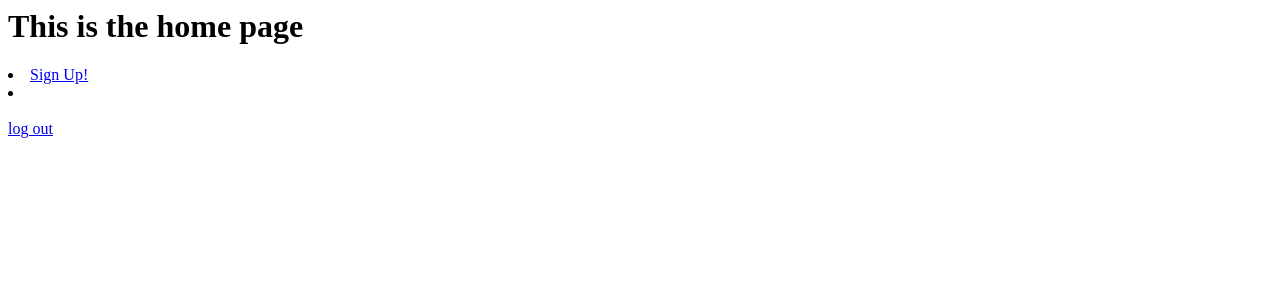
Repository: liamzeng24/YelpCamp
Page: http://localhost/
The author's editor kept a record of every edit. The page is drawn from the files as they stood at one moment, then again after the next edit.
The browser window is 1280 px wide. The pictures show the whole page.
The page is served by the project's Node server (auth/app.js). Other server files are loaded and not shown.

Above is the page before.

### auth/views/home.ejs
<h1>This is the home page</h1>
<li>
    <a href="/register">Sign Up!</a>
</li>
<li>

</li>

    <br>
    <a href="/logout">log out</a>
</li>

### auth/app.js
var express                 = require("express"),
    app                     = express(),
    AWS                     = require('aws-sdk'),
    DocumentClient          = new AWS.DynamoDB.DocumentClient(),
    passport                = require("passport"),
    bodyParser              = require("body-parser"),
    LocalStrategy           = require("passport-local"),
    mongoose                = require("mongoose"),
    User                    = require("./models/user");

const uri = "mongodb+srv://Camps:Camps.Password@cluster0.hxvjy.mongodb.net/auth?retryWrites=true&w=majority";

const connectDB = async () =>{
    await mongoose.connect(uri, {useNewUrlParser: true, useUnifiedTopology: true});
    console.log('connected')
};

AWS.config.getCredentials(function(err) {
  if (err) console.log(err.stack);
  // credentials not loaded
  else {
    console.log("Access key:", AWS.config.credentials.accessKeyId);
  }
});

connectDB();
app.use(bodyParser.urlencoded({extended: true}));
app.set('view engine', "ejs");
app.use(require("express-session")({
    secret: "Vanessa is the best wife in the world",
    resave: false,
    saveUninitialized: false
}));
app.use(passport.initialize());
app.use(passport.session());
passport.use(new LocalStrategy(User.authenticate()));
passport.serializeUser(User.serializeUser());
passport.deserializeUser(User.deserializeUser());


/*=================================
            ROUTE
===================================
*/


app.get('/', function(req, res){
    res.render("home");
});

app.get('/secret', function(req, res){
    res.render("secret");
});

app.get('/register', function(req, res){
    res.render("register");
});

app.post('/register', function(req, res){
    console.log(req.body.username);
    console.log(req.body.password);
    User.register(new User({username: req.body.username}), req.body.password, function(err, user){
        if(err)
        {
            console.log(err, err.stack);
            return res.render("register");
        }
        else
        {
            passport.authenticate("local")(req, res, function(){
                console.log("No error");
            });
        }
    });
    res.send("Post route here");
    console.log("Success");
});

app.get("/login", function(req, res){
    res.render("login");
});

app.post("/login", passport.authenticate("local",
{
    successRedirect: "/secret",
    failureRedirect: "/login"
}),
    function(req, res){
});

app.get("/logout", function(req, res){
    req.logout();
    res.redirect('/');
});

function is_logged_in(req, res, next){
    if(req.isAuthenticated())
    {
        return next;
    }
    res.redirect('/');
};

app.listen(process.env.PORT, process.env.IP, function(){
    console.log("server started");
});

After the next edit:
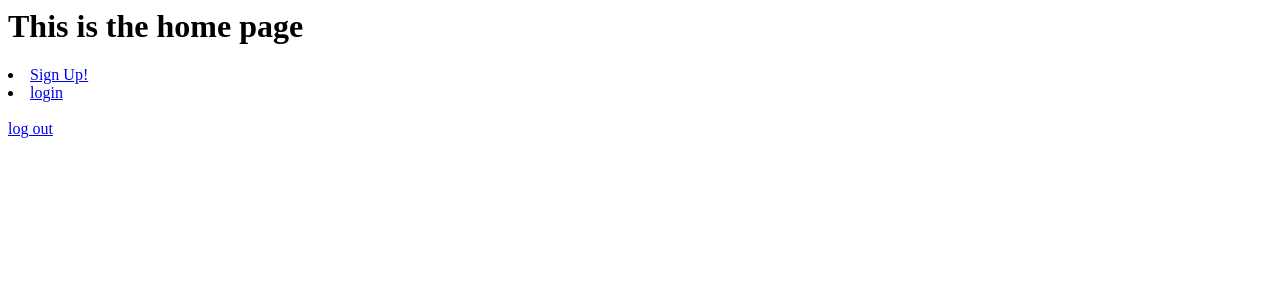
The edit:
--- a/auth/views/home.ejs
+++ b/auth/views/home.ejs
@@ -3,7 +3,7 @@
     <a href="/register">Sign Up!</a>
 </li>
 <li>
-
+    <a href="/login">login</a>
 </li>
 
     <br>
